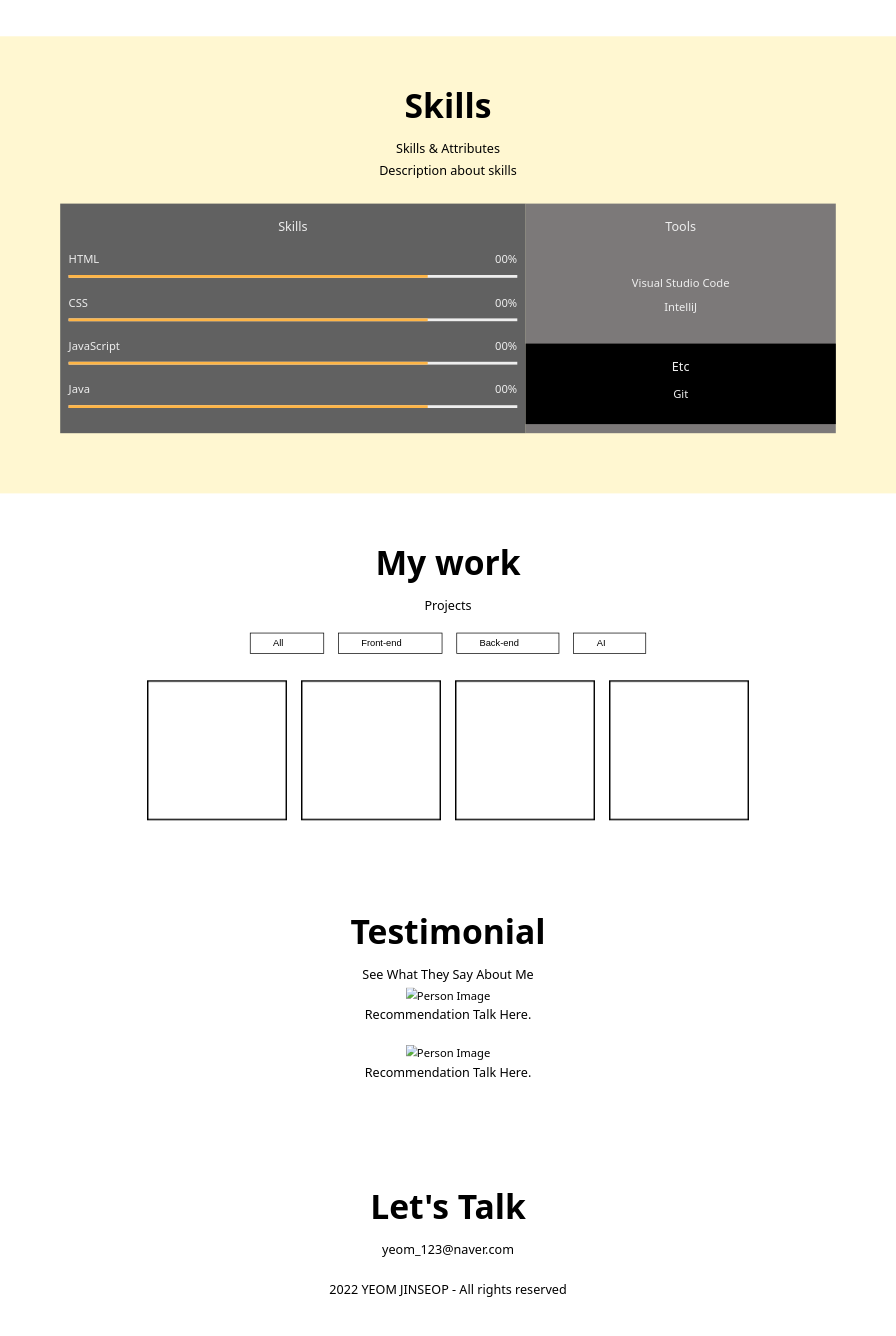
Repository: YEOMJINSEOP/yeomjinseop.github.io
Page: index.html
These files come from the project's save history. The page is drawn as it stood at one moment and after the next save; the edit follows.
The browser window is 1280 px wide. The pictures show the part of the page from y = 1257 to 3177 px (the page is 3165 px tall before and 3177 px after), at 70% of full size.
Some web libraries are served in a nearby version.

Above is the page before, as saved 2022-08-14 18:22:59.

### index.html
<!DOCTYPE html>
<html lang="en">
<head>
  <meta charset="UTF-8">
  <meta http-equiv="X-UA-Compatible" content="IE=edge">
  <meta name="viewport" content="width=device-width, initial-scale=1.0">
  <title>Jinseop's Portfolio</title>
  <meta name="author" content="Jinseop Yeom">
  <meta name="description" content="Portfolio Website For Jinseop Yeom">

  <!--Logo Image-->
  <link rel="icon" type="image/png" href="images/favicon.png">


  <!--Font Awesome-->
  <script src="https://kit.fontawesome.com/d24b25bb21.js" crossorigin="anonymous"></script>

  <!--Google Fonts-->
  <link rel="preconnect" href="https://fonts.googleapis.com">
  <link rel="preconnect" href="https://fonts.gstatic.com" crossorigin>
  <link href="https://fonts.googleapis.com/css2?family=Open+Sans:wght@400;600;700&display=swap" rel="stylesheet">

  <!--CSS-->
  <link rel="stylesheet" href="style.css">

  <!--JavaScript-->
  <script src="main.js" defer></script>

</head>
<body>
  <!--Navbar-->
  <nav id="navbar">
    <div class="navbar__logo">
      <i class="fa-solid fa-utensils"></i>
      <a href="#">Yeom JinSeop</a>
    </div>
    <div>
      <ul class="navbar__menu">
        <li class="navbar__menu__item active">Home</li>
        <li class="navbar__menu__item">About</li>
        <li class="navbar__menu__item">Skill</li>
        <li class="navbar__menu__item">My work</li>
        <li class="navbar__menu__item">Testimonial</li>
        <li class="navbar__menu__item">Contact</li>
      </ul>
    </div>
  </nav>

  <!-- Home -->
  <section id="home" class="section">
    <img src="/images/whileimage.png" alt="Jinseop's image" class="home__avatar">
    <h1 class="home__title">Welcome! <br/> Jinseop's Portfolio</h1>
    <h3 class="home__description">Type Home Description Here.</h3>
    <button class="home__button">Contact Me</button>
  </section>

  <!--About-->
  <section id="about" class="section">
    <div class="section__container">
      <h1>About me</h1>
      <p>Wrtie about me here.</p>

      <div class="about__majors">
        <div class="about__majors">
        <div class="major">
          <div class="major__icon">
            <i class="fa-brands fa-html5"></i>
          </div>
          <div class="major__title">
            Front-end
          </div>
          <div class="major__description">
            description about Front-end
          </div>
        </div>

        <div class="major">
          <div class="major__icon">
            <i class="fa-solid fa-server"></i>
          </div>
          <div class="major__title">
            Back-end
          </div>
          <div class="major__description">
            description about Back-end
          </div>
        </div>


        <div class="major">
          <div class="major__icon">
            <i class="fa-brands fa-python"></i>
          </div>
          <div class="major__title">
            AI
          </div>
          <div class="major__description">
            description about AI
          </div>
        </div>
      </div>
    </div>

      <div class="about__jobs">
        <div class="job">
          <img src="" alt="job logo" class="job__logo">
          <div class="job__info">
            <p class="job__name">job name1</p>
            <p class="job__description">job description1</p>
          </div>
        </div>
        <div class="job">
          <img src="" alt="job logo" class="job__logo">
          <div class="job__info">
            <p class="job__name">job name1</p>
            <p class="job__description">job description1</p>
          </div>
        </div>
      </div>
    </div>
  </section>

  <!--Skills-->
  <section id="skills" class="section">
    <div class="section__container">
      <h1>Skills</h1>
    <h3>Skills & Attributes</h3>
    <p>Description about skills</p>
    <div class="skillset">
      <div class="skillset__left">
        <h3 class="skillset__title">Skills</h3>
        <div class="skill">
          <div class="skill__description">
            <span>HTML</span>
            <span>00%</span>
          </div>

          <div class="skill__bar">
            <div class="skill__value"></div>
          </div>
        </div>

        <div class="skill">
          <div class="skill__description">
            <span>CSS</span>
            <span>00%</span>
          </div>

          <div class="skill__bar">
            <div class="skill__value"></div>
          </div>

          <div class="skill">
            <div class="skill__description">
              <span>JavaScript</span>
              <span>00%</span>
            </div>

            <div class="skill__bar">
              <div class="skill__value"></div>
            </div>
          </div>
        </div>

        <div class="skill">
          <div class="skill__description">
            <span>Java</span>
            <span>00%</span>
          </div>

          <div class="skill__bar">
            <div class="skill__value"></div>
          </div>
        </div>
      </div>

      <div class="skillset__right">
        <div class="tools">
          <h3 class="skillset__title">Tools</h3>
          <ul class="tools__list">
            <li><span>Visual Studio Code</span></li>
            <li><span>IntelliJ</span></li>
          </ul>
        </div>

        <div class="etc">
          <h3 class="skillset__title">Etc</h3>
          <ul class="etc__list">
            <li><span>Git</span></li>
          </ul>
        </div>
      </div>
    </div>
    </div>
  </section>

  <!--Work-->
  <section id="work" class="section">
    <h1>My work</h1>
    <h3>Projects</h3>
    <div class="work__categories">
      <button class="category__btn">All<span class="category__count">3</span></button>
      <button class="category__btn">Front-end<span class="category__count">1</span></button>
      <button class="category__btn">Back-end<span class="category__count">1</span></button>
      <button class="category__btn">AI<span class="category__count">1</span></button>
    </div>

    <div class="work__projects">
      <a href="#" class="project" target="blank">
        <img src="images/whileimage.png" alt="project image" class="project__image">
        <div class="project__description">
          <h3>Project Name</h3>
          <span>Description about Project</span>
        </div>
      </a>

      <a href="#" class="project" target="blank">
        <img src="images/whileimage.png" alt="project image" class="project__image">
        <div class="project__description">
          <h3>Project Name</h3>
          <span>Description about Project</span>
        </div>
      </a>

      <a href="#" class="project" target="blank">
        <img src="images/whileimage.png" alt="project image" class="project__image">
        <div class="project__description">
          <h3>Project Name</h3>
          <span>Description about Project</span>
        </div>
      </a>

      <a href="#" class="project" target="blank">
        <img src="images/whileimage.png" alt="project image" class="project__image">
        <div class="project__description">
          <h3>Project Name</h3>
          <span>Description about Project</span>
        </div>
      </a>
    </div>
  </section>

  <!--Testimonial-->
  <section id="testimonial" class="section">
    <h1>Testimonial</h1>
    <h3>See What They Say About Me</h3>
    <div class="testimonials">
      <div class="testimonial">
        <img src="" alt="Person Image" class="testimonial__avatar">
        <div class="testimonial__speech_bubble">
          <p>Recommendation Talk Here.</p>
          <p class="name"><a href="#">Professor A</a></p>
        </div>
      </div>

      <div class="testimonial">
        <img src="" alt="Person Image" class="testimonial__avatar">
        <div class="testimonial__speech_bubble">
          <p>Recommendation Talk Here.</p>
          <p class="name"><a href="#">Professor A</a></p>
        </div>
      </div>
    </div>
  </section>

  <!--Contact-->
  <section id="contact" class="section">
    <h1>Let's Talk</h1>
    <h3>yeom_123@naver.com</h3>
    <div class="contact_links">
      <a href="#" target="blank">
        <i class = "fab fa-github"></i>
      </a>

      <a href="#" target="blank">
        <i class = "fa fa-linkedin-square"></i>
      </a>
    </div>
    <p class="contact_rights">
      2022 YEOM JINSEOP - All rights reserved
    </p>
  </section>
</body>
</html>

### style.css
 /* Global */

 :root{
  /* Color */
  --color-white: #ffffff;
  --color-light-white: #eeeeee;
  --color-dark-whtie: #bdbdbd;
  --color-pink: #fe918d;
  --color-dark-pink: #ff6863;
  --color-black: #4d4d4d;
  --color-grey: #616161;
  --color-light-gray: #7c7979;
  --color-blue: #73aace;
  --color-yellow: #fff7d1;
  --color-orange: #feb546;
  --color-black: #000000;

  /* Font size */
  --font-large: 48px;
  --font-medium: 28px;
  --font-regular: 18px;
  --font-small: 16px;
  --font-micro: 14px;


  /* Font Weight */
  --weight-bold: 700;
  --weight-semi-bold: 600;
  --weight-regular: 400;

  /* Size */
  --size-border-radius: 4px;

  /* Animation */
  --animation-duration: 300ms;

 }

 /* Universal tages */
 * {
  box-sizing: border-box;
 }

 body{
  margin: 0;
  font-family:system-ui, -apple-system, BlinkMacSystemFont, 'Segoe UI', Roboto, Oxygen, Ubuntu, Cantarell, 'Open Sans', 'Helvetica Neue', sans-serif;
  cursor: default;
}

 a{
  text-decoration: none;
  color: var(--color-white);
 }

 ul{
  list-style: none;
  padding-left: 0;
 }

 button{
  background-color: transparent;
  border: none;
  cursor: pointer;
 }



 /* Typography */

 h1{
  font-size: var(--font-large);
  font-weight: var(--weight-bold);
  color: var(--color-black);
  margin: 16px 0;
 }

 h2{
  font-size: var(--font-medium);
  font-weight: var(--weight-semi-bold);
  color: var(--color-black);
  margin: 8px 0;
 }

 h3{
  font-size: var(--font-regular);
  font-weight: var(--weight-regular);
  color: var(--color-black);
  margin: 8px 0;
 }

 p{
  font-size: var(--font-regular);
  font-weight:  var(--font-regular);
  color: var(--color-black);
  margin: 4px 0;
 }

 /* Body  */

 /* Nav */
 #navbar{
  display: flex;
  justify-content: space-between;
  align-items: center;
  background-color: var(--color-pink);
  color: var(--color-white);
  padding: 16px;
 }

 .navbar__logo{
  font-size: var(--font-medium);
  font-weight: var(--weight-semi-bold);
  padding: 8px 12px;
 }

 .navbar__menu{
  display: flex;
  font-size: var(--font-small);
  font-weight: var(--weight-regular);
 }

 .navbar__menu__item.active{
  border: 1px solid white;
 }

 .navbar__menu__item{
  padding: 8px 12px;
  margin: 0 4px;
  border-radius: var(--size-border-radius);
  cursor: pointer;
 }

 .navbar__menu__item:hover{
  background-color: var(--color-dark-pink);
 }

 /* Home */

 #home{
  background-color: var(--color-dark-pink);
  background-position: center;
  background-repeat: no-repeat;
  background-size: cover;
  padding: 40px;
  text-align: center;
 }

 .home__avatar{
  border: 2px solid var(--color-white);
  border-radius: 50%;
  width: 200px;
  height: 200px;
 }

 .home__title,
 .home__description{
  font-size: var(--font-medium);
  color: var(--color-white);
  padding: 4px;
 }

 .home__button{
  border: 1px solid var(--color-white);
  padding: 8px 12px;
  margin-top: 8px;
  color: var(--color-white);
 }

.home__button:hover{
  background-color: var(--color-dark-pink);
}

/* Section Common */
.section{
  padding: 50px;
  text-align: center;
}

.section__contatiner{
  max-width: 1200px;
}

/* About */

.about__majors{
  display: flex;
  justify-content: center;
  margin: 8px 12px;
  padding: 12px;
}

.major{
  margin: 8px 24px;
}

.major__icon{
  height: 200px;
  width: 200px;
  font-size: 100px;
  line-height: 200px;
  border: 2px solid var(--color-blue);
  border-radius: 50%;
  color: var(--color-blue);
  margin: 8px 12px;
  transition: all var(--animation-duration) linear;
}

.major__icon:hover{
  color: var(--color-orange);
  border-color: var(--color-orange);
}

.major__icon:hover i{
  transform: scale(120%);
}


.major__title {
  font-size: var(--font-regular);
  font-weight: var(--weight-semi-bold);
  color:var(--color-grey);
  margin: 8px;;
}

.major__description{
  font-size: var(--font-small);
  color: var(--color-grey);
}

.about__jobs{
  margin: 12px 0;
}

.job{
  display: flex;
  align-items: center;
}

.job__logo{
  padding: 8px;
  margin: 4px 12px;
}

.job__name{
  font-size: var(--font-small);
}

.job__description{
  font-size: var(--font-micro);
}

/* Skill */

#skills{
  background-color: var(--color-yellow);
}
.skillset{
  display: flex;
  justify-content: center;
  margin: 12px 12px;
  padding: 24px;
  color: var(--color-light-white);
}

.skillset__left{
  padding: 12px;
  flex-basis: 60%;
  background-color: var(--color-grey);
}

.skill{
  margin: 24px 0;
}

.skill__description{
  display: flex;
  justify-content: space-between;
}

.skillset__title{
  color: var(--color-light-white);
  margin: 8px 0;
}

.skill__bar{
  width: 100%;
  height: 4px;
  background-color: var(--color-light-white);
  margin: 12px 0;
}

.skill__value{
  width: 80%;
  /* width는 html에 style로 넣어서 각각 지정하기! */
  height: 4px;
  background-color: var(--color-orange);
}


.skillset__right{
  flex-basis:40%;
  background-color: var(--color-light-gray);
}

.tools{
  padding: 12px;
  height:200px;
}

.tools__list{
  padding: 30px 0;
}

.tools__list li{
  margin: 12px;
}


.etc{
  background-color: var(--color-black);
  height: 115px;
  padding: 12px;
}

/* Work */

.work__categories{
  margin: 24px 0 ;
}

.category__btn{
  border: 1px solid var(--color-black);
  background-color: var(--color-white);
  padding: 4px 32px;
  margin: 4px 8px;
}

.category__btn:hover .category__count{
  opacity: 1;
  transform: translateY(0);
}

.category__count{
  width:  20px;
  height: 20px;
  line-height: 20px;
  color: var(--color-white);
  margin-left: 5px;
  background-color: var(--color-orange);
  display: inline-block;
  border-radius: 50%;
  opacity: 0;
  transition: all var(--animation-duration) ease-in;
  transform: translateY(-10px);
}

.work__projects{
  display: flex;
  flex-wrap:wrap;
  align-items: center;
  justify-content: center;
}

.project__image{
  width: 100%;
  height: 100%;
}

.project{
  position: relative;
  width: 200px;
  height: 200px;
  margin: 10px;
}

.project__description{
  position: absolute;
  top:0px;
  left:0px;
  background-color: var(--color-grey);
  width: 100%;
  height: 100%;
  display: flex;
  flex-direction: column;
  justify-content: center;
  opacity: 0;
  transition: all var(--animation-duration) ease-in;
  transform: translateY(-10px);
}

.project__description h3{
  color: var(--color-white);
}

.project__description h3:after{
  content: " ";
  display: block;
  position: relative;
  left: 50%;
  width: 20px;
  height: 2px;
  margin-top: 8px;
  margin-left: -8px;
  background-color: var(--color-white);
}

.project__description:hover{
  opacity: 0.8;
  transform: translateY(0);
}

Loaded but not shown: main.js (no copy from this time; the picture is the same without it)

After the next save:
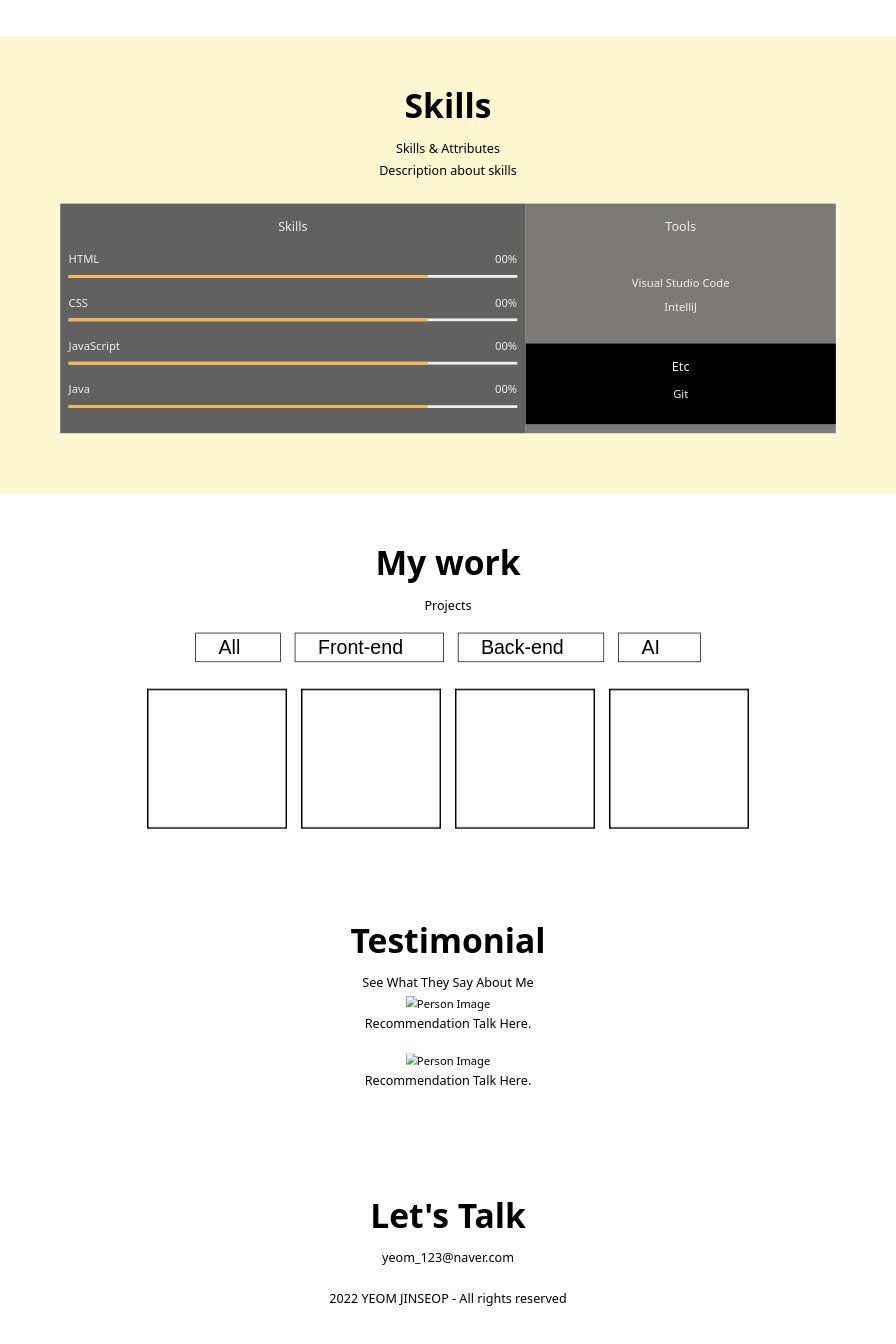
Saved 28 s later.
--- a/style.css
+++ b/style.css
@@ -333,6 +333,7 @@
   background-color: var(--color-white);
   padding: 4px 32px;
   margin: 4px 8px;
+  font-size: var(--font-medium);
 }
 
 .category__btn:hover .category__count{
